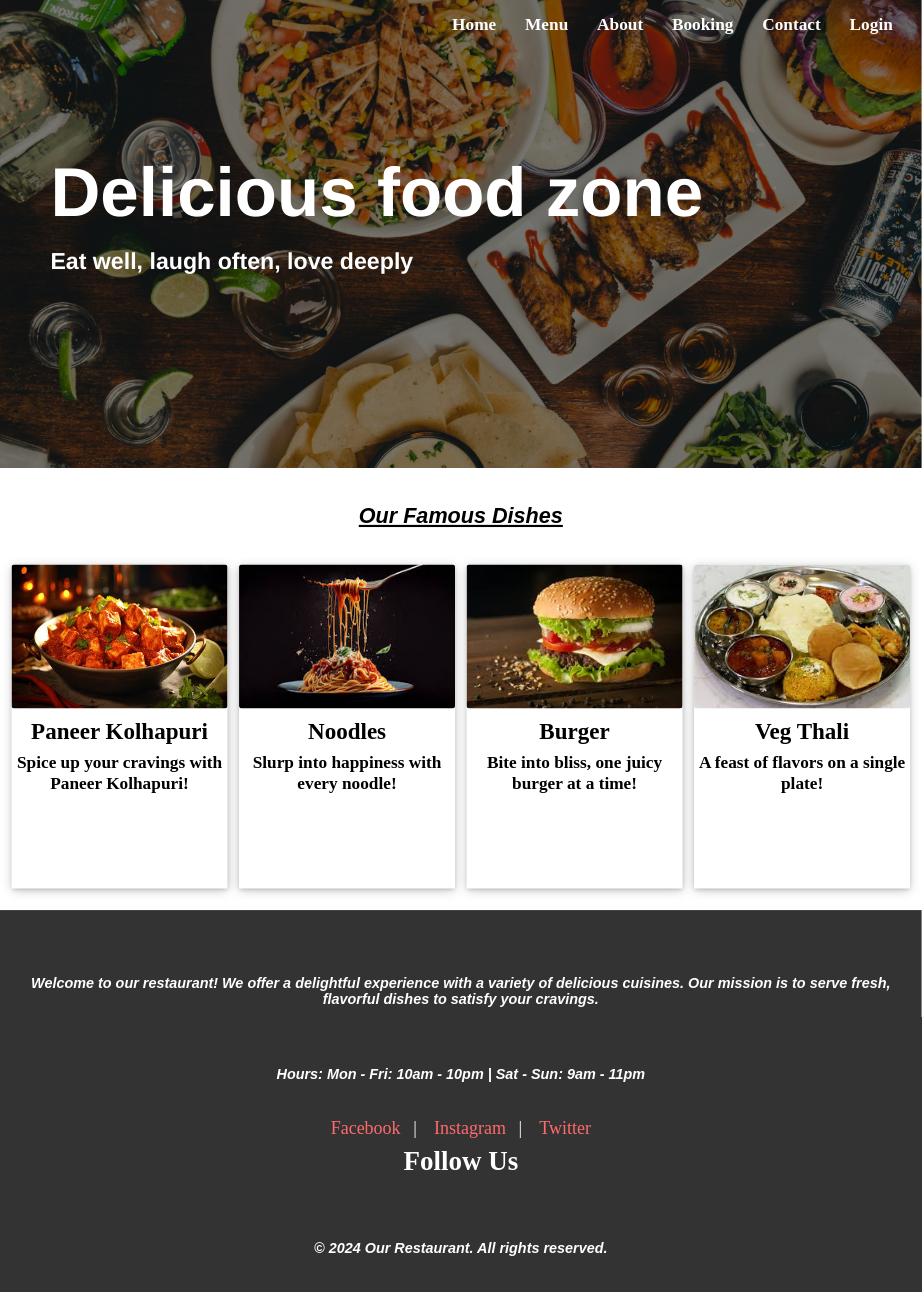
Repository: Shreya-Bonde/Restaurant-management-system
Page: index.html
The author's editor kept a copy of each file at every save. The page is drawn from the files as they stood at one save, then again after a run of saves.
The browser window is 1280 px wide. The pictures show the whole page, at 72% of full size.

Above is the page before, as saved 2024-10-10 14:58:48.

After the next 3 saves:
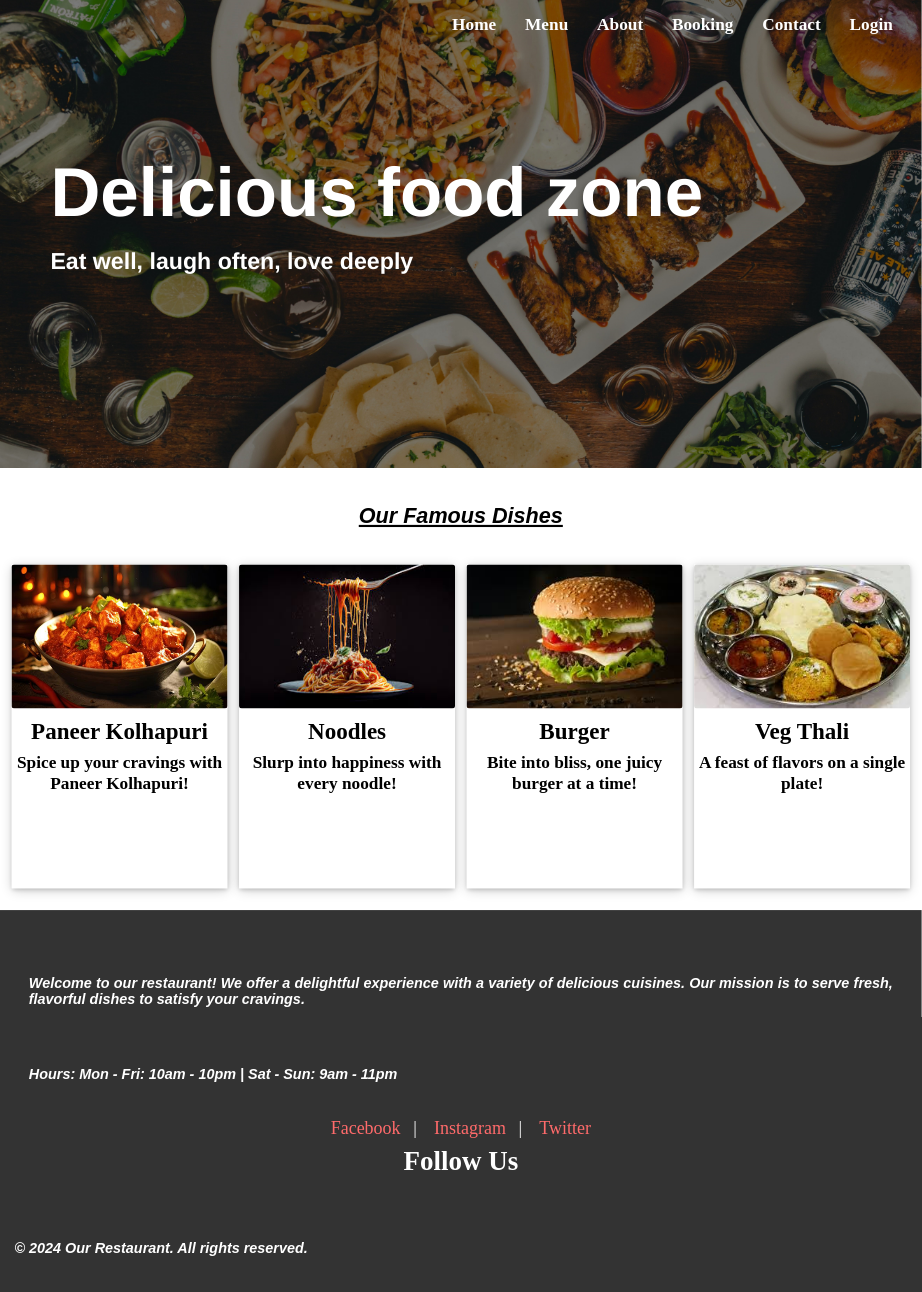
The 3 saves are shown as one change because they came seconds apart.
The last was saved 53 s later.
--- a/style.css
+++ b/style.css
@@ -116,7 +116,7 @@ footer {
 }
 footer p {
     text-decoration: none;
-    justify-content: left;
+    text-align: justify;
     font-size: 20px;
 }
 .footer-section h2 {
